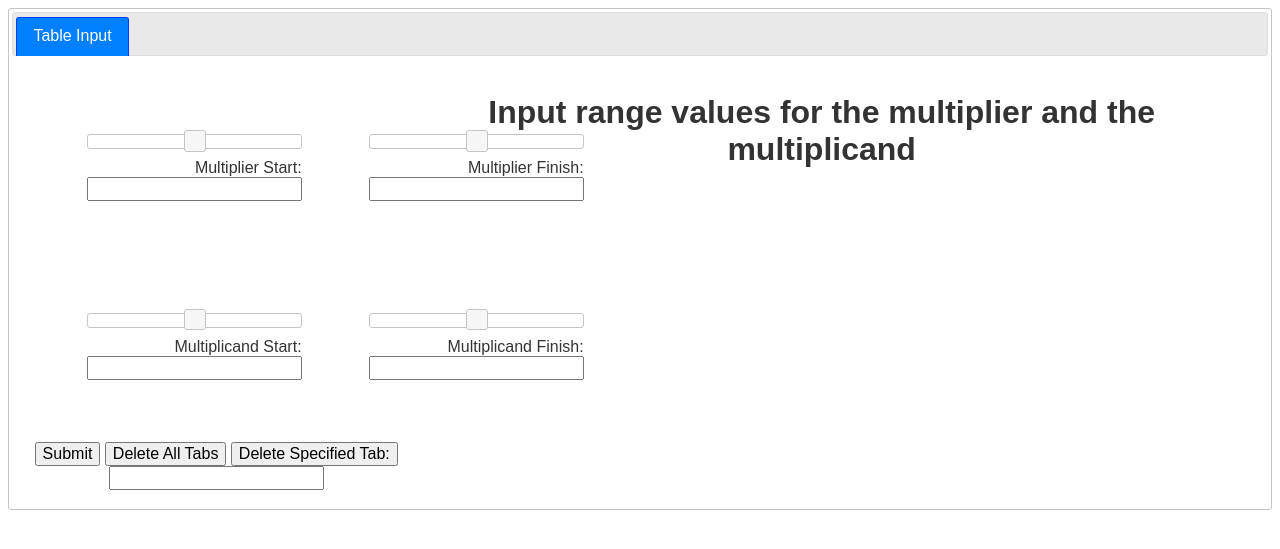
Repository: khrasna/HW4Part2
Page: index.html
These files come from the project's save history. The page is drawn as it stood at one moment and after the next save; the edit follows.
The browser window is 1280 px wide. The pictures show the whole page.
Some web libraries are served in a nearby version.

Above is the page before, as saved 2021-11-22 16:21:27.

After the next save:
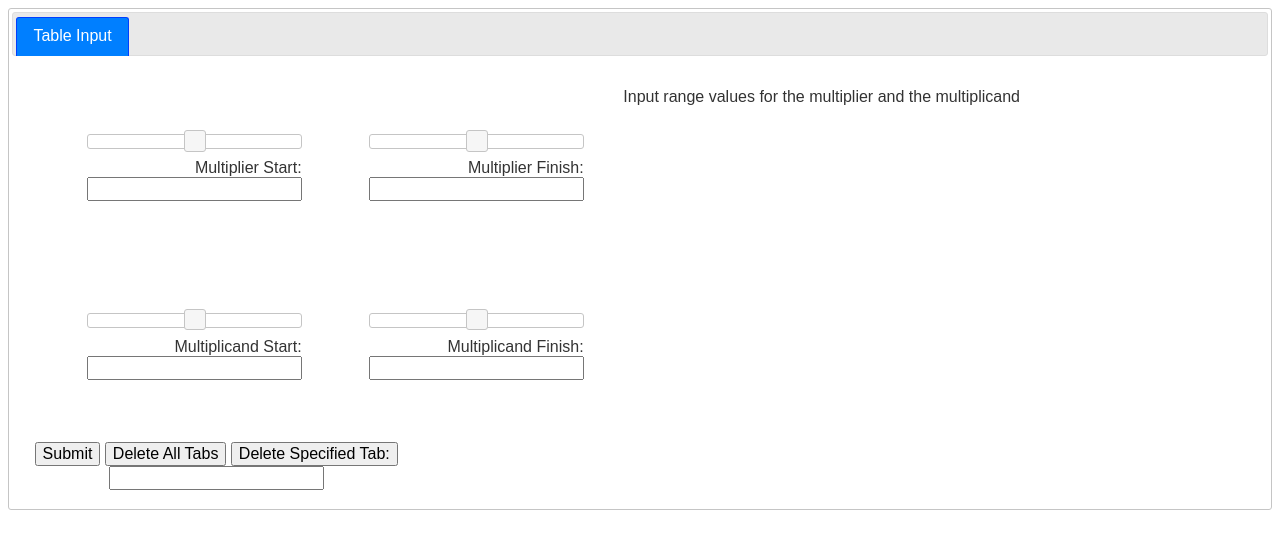
Saved 62 s later.
--- a/index.html
+++ b/index.html
@@ -21,7 +21,7 @@ By Karsten Hrasna  email Karsten_Hrasna@student.uml.edu-->
             <li><a href='#tab1'>Table Input</a></li>
         </ul>
         <div id="tab1">
-            <h1>Input range values for the multiplier and the multiplicand</h1>
+            <p>Input range values for the multiplier and the multiplicand</p>
             <!-- Learned from W3schools. Creates a form which takes number ranges for multiplier and multiplicand. -->
             <form id="FormInput" action="javascript:void(0);" method="get">
                 <!--Learned about javascript:void(0) from Dutchie432 at https://stackoverflow.com/questions/1818249/form-with-no-action-and-where-enter-does-not-reload-page-->
